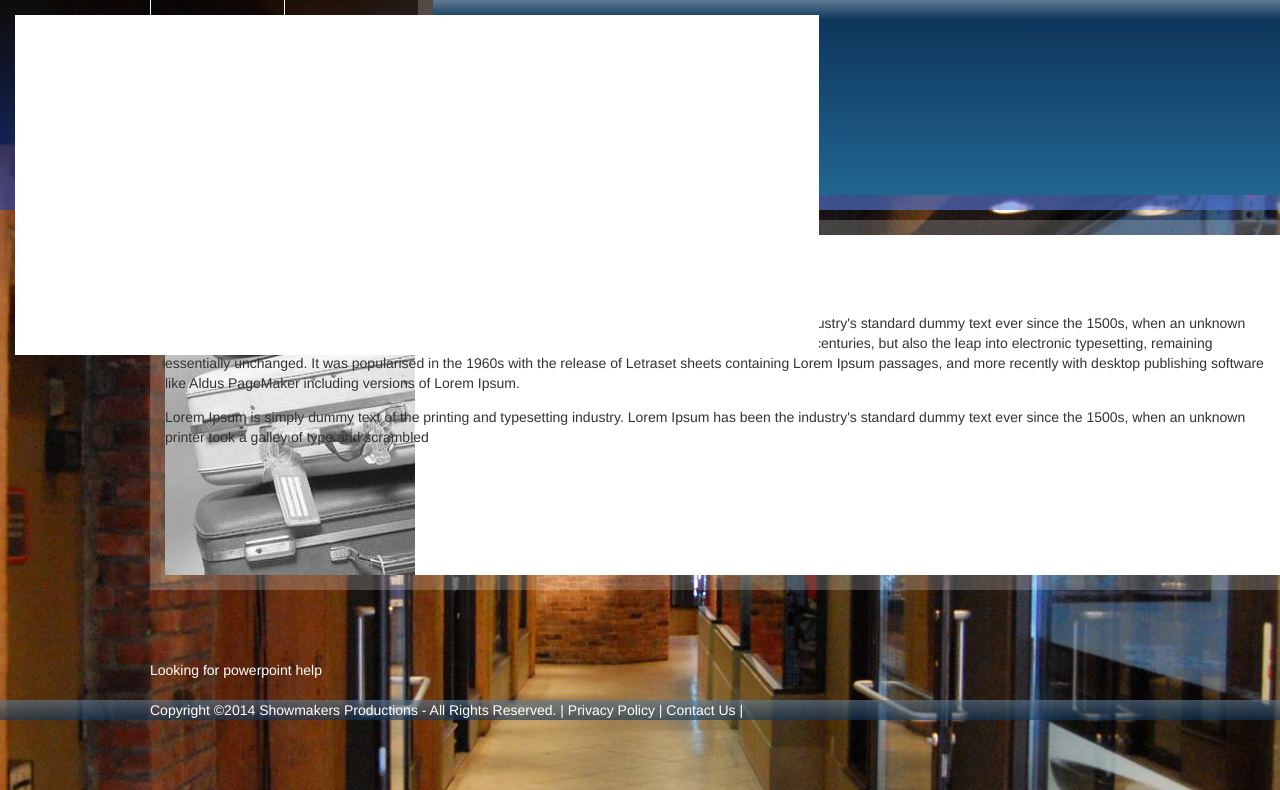
Repository: EddieMachete/showmakers
Page: index.html
The author's editor kept a record of every edit. The page is drawn from the files as they stood at one moment, then again after the next edit.
The browser window is 1280 px wide. The pictures show the whole page.
Backgrounds fixed to the window are drawn as part of the page.

Above is the page before.
Console error: TypeError: Cannot read properties of undefined (reading 'querySelector')

After the next edit:
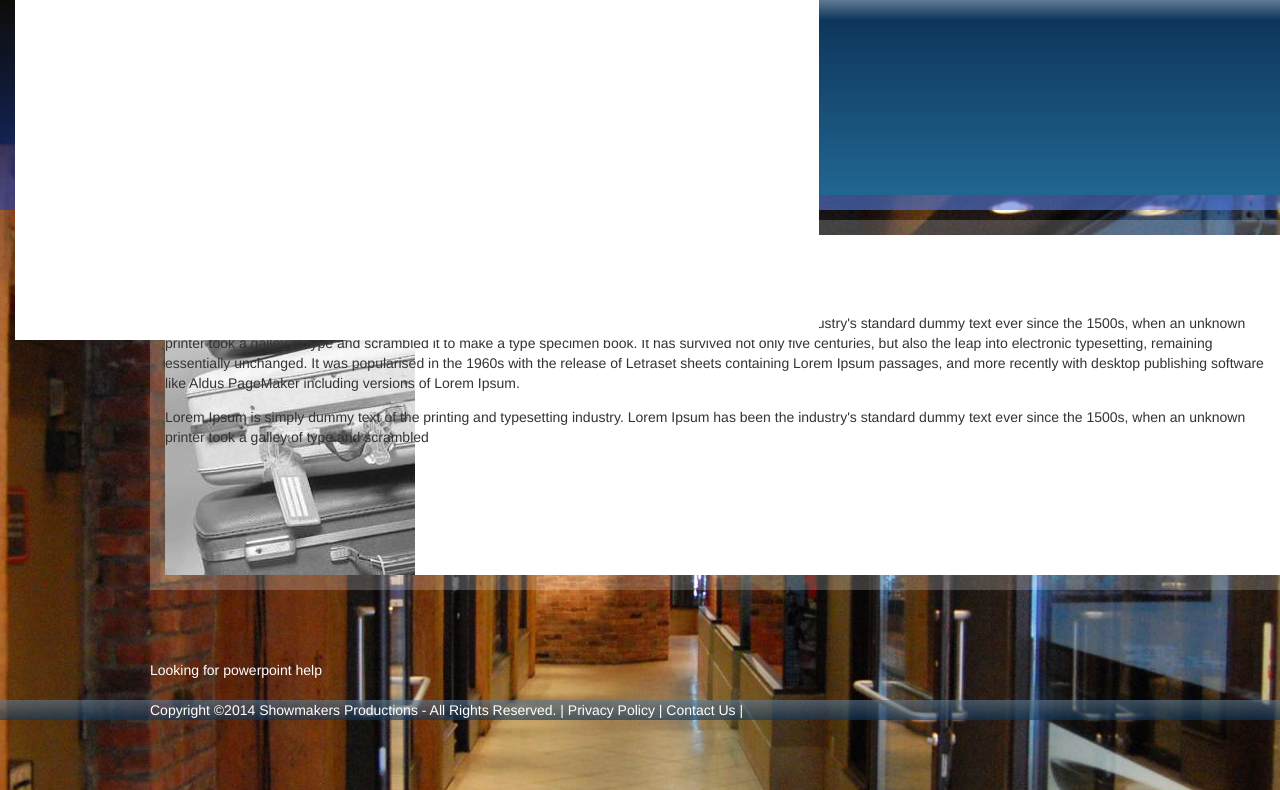
The edit:
--- a/Css/main.css
+++ b/Css/main.css
@@ -297,7 +297,7 @@
 .main-content .content-transition {
 	left: 15px;
 	position: absolute;
-	top: 15px;
+	top: 0;
 }
 
 .main-content .content-transition .left {
